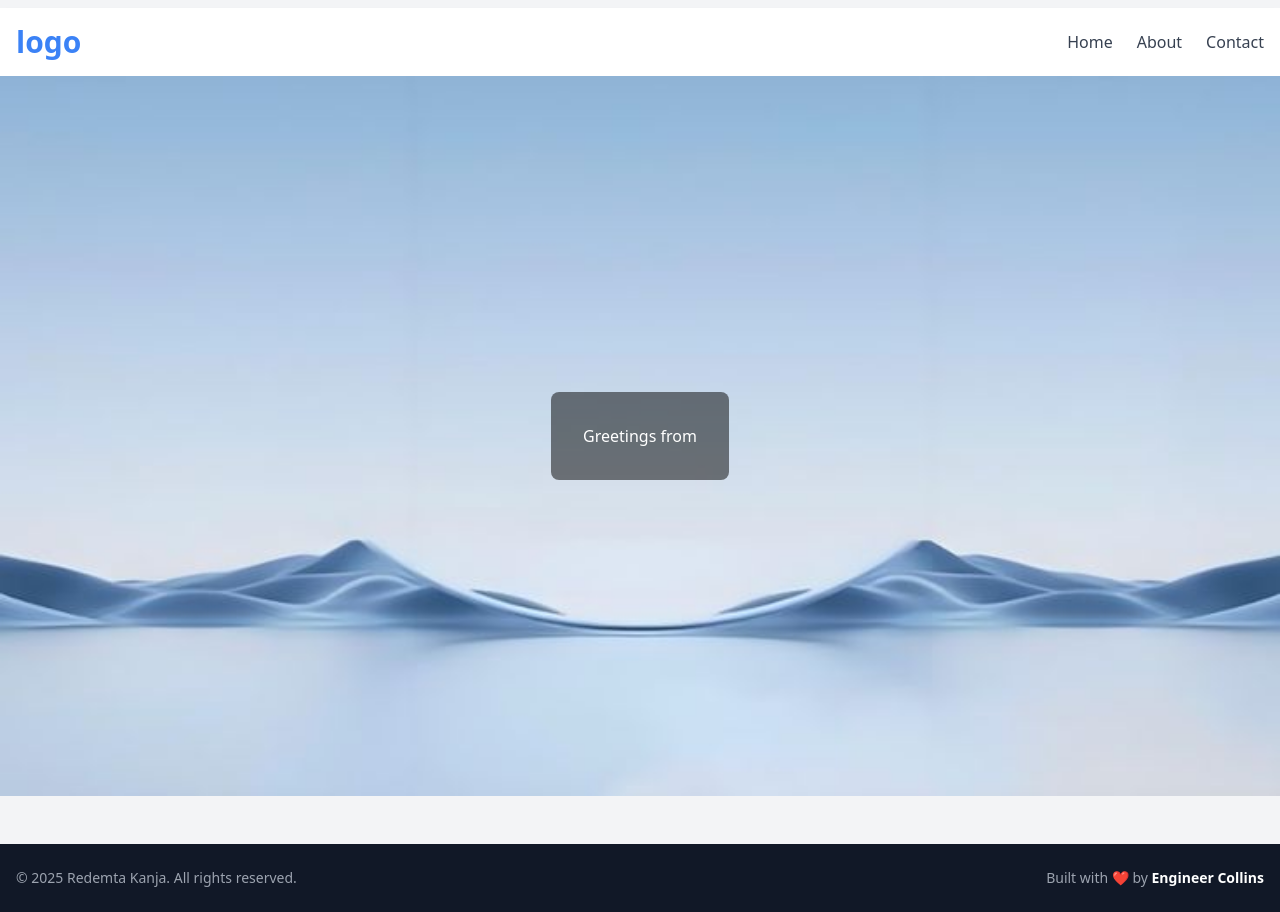
Repository: Engineer-collo/Redemta-Kanja-s-website
Page: /contact
An editor plug-in stored every save of this project. The page is shown before and after a run of saves, followed by the edit.
The browser window is 1280 px wide. The pictures show the whole page.
The project was rebuilt for these pictures with package versions that can differ from the ones it lists, and the page was loaded fresh each time. Also part of the build but not shown: vite.config.js, src/pages/Home.jsx, src/pages/About.jsx.

Above is the page before, as saved 2025-05-17 20:38:09.

After the next 2 saves:
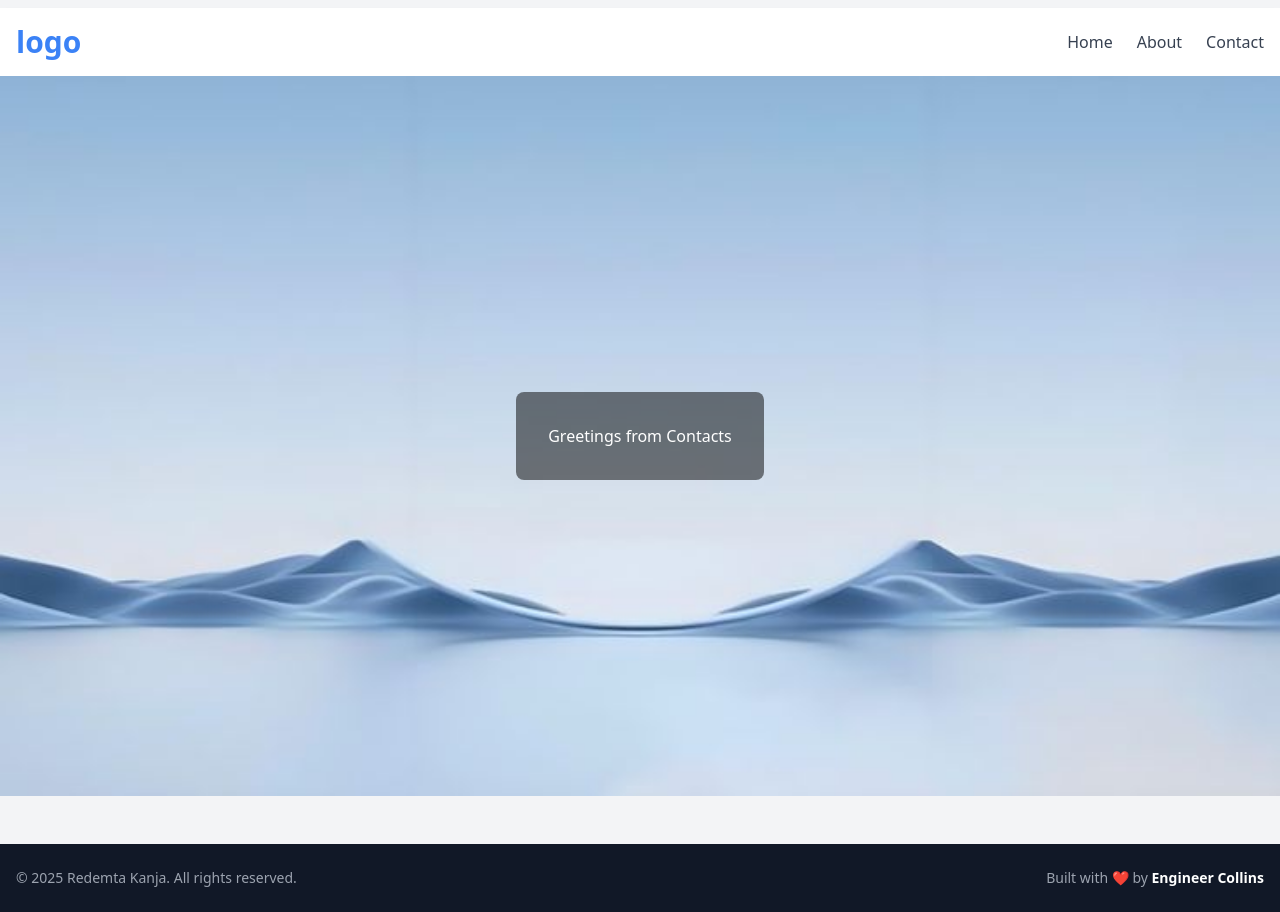
The 2 saves are shown as one change because they came seconds apart.
The last was saved 7 s later.
--- a/src/pages/Contact.jsx
+++ b/src/pages/Contact.jsx
@@ -5,7 +5,7 @@ const Contact = () => {
         className="bg-[url('/contactpage.png')] bg-cover bg-center min-h-screen flex items-center justify-center text-white"
       >
         <div className="bg-black bg-opacity-50 p-8 rounded-lg">
-            <h1>Greetings from </h1>
+            <h1>Greetings from Contacts</h1>
         </div>
       </div>
 
